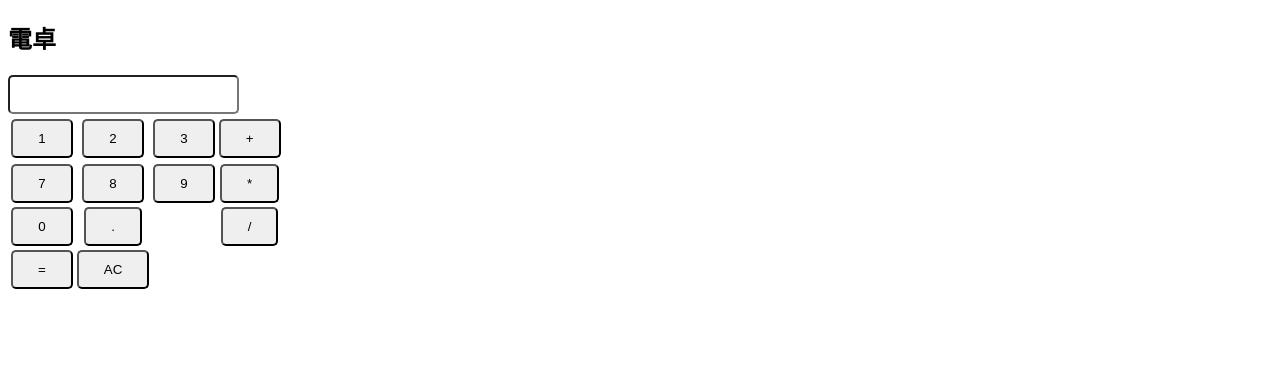
Repository: syokaturyou/potepan
Page: dentaku.html
The author's editor kept a record of every edit. The page is drawn from the files as they stood at one moment, then again after the next edit.
The browser window is 1280 px wide. The pictures show the whole page.

Above is the page before.
Console error: SyntaxError: Unexpected end of input

### dentaku.html
   <!DOCTYPE html>
    <html lang="en">
      <head>
        <meta charset="utf-8">
        <link rel="stylesheet" href="css/main.css">
        <title>電卓</title>
        <script src="javascript/jquery.min.js"></script>
        <script type="text/javascript" src="javascript/dentaku.js" charset="utf-8"></script>
      </head>

      <body>
        <!--<form name="dentaku">-->
        <!--<h2>電卓(eval使用)</h2>-->
        <!--  <table>-->
        <!--  <tr>-->
        <!--    <input type="button" class="display" name="display" value="" disabled>-->
        <!--  </tr>-->
        <!--  <tr>-->
        <!--    <th><input type="button" value="7" onclick="get_calc(this)"></th>-->
        <!--    <th><input type="button" value="8" onclick="get_calc(this)"></th>-->
        <!--    <th><input type="button" value="9" onclick="get_calc(this)"></th>-->
        <!--    <th><input type="button" class="operator" value="+" onclick="get_calc(this)"></th>-->
        <!--  </tr>-->
        <!--  <tr>-->
        <!--    <th><input type="button" value="4" onclick="get_calc(this)"></th>-->
        <!--    <th><input type="button" value="5" onclick="get_calc(this)"></th>-->
        <!--    <th><input type="button" value="6" onclick="get_calc(this)"></input></th>-->
        <!--    <th><input type="button" class="operator" value="-" onclick="get_calc(this)"></th>-->
        <!--  </tr>-->
        <!--  <tr>-->
        <!--    <th><input type="button" value="1" onclick="get_calc(this)"></th>-->
        <!--    <th><input type="button" value="2" onclick="get_calc(this)"></th>-->
        <!--    <th><input type="button" value="3" onclick="get_calc(this)"></th>-->
        <!--    <th><input type="button" class="operator" value="*" name="multi_btn" onclick="get_calc(this)"></th>-->
        <!--  </tr>-->
        <!--  <tr>-->
        <!--    <th><input type="button" value="0" onclick="get_calc(this)"></th>-->
        <!--    <th><input type="button" class="ac" value="AC" onclick="get_calc(this)"></th>-->
        <!--    <th><input type="button" class="equal" value="=" onclick="get_calc(this)"></th>-->
        <!--    <th><input type="button" class="operator" value="/" name="div_btn" onclick="get_calc(this)"></th>-->
        <!--  </tr>-->
        <!--</table>-->
        <!--</form>-->


        <h2>電卓</h2>
        <table>
          <tr>
             <input style="text-align: right;" /><br />
          </tr>
          <tr>
            <!--<th><button onclick="append( '1' )" >1</button></th>-->
            <!--<th><button onclick="append( '2' )" >2</button></th>-->
            <!--<th><button onclick="append( '3' )" >3</button></th>-->
            <!--<th><button onclick="append( '+' )" >+</button></th>-->
            <th><input type="button" value="1" onclick="get_calc(this)"></th>
            <th><input type="button" value="2" onclick="get_calc(this)"></th>
            <th><input type="button" value="3" onclick="get_calc(this)"></th>
            <th><input type="button" value="+" onclick="get_calc(this)"></th>
          </tr>
          <tr>
            <!--<th><button onclick="append( '4' )" >4</button></th>-->
            <!--<th><button onclick="append( '5' )" >5</button></th>-->
            <!--<th><button onclick="append( '6' )" >6</button></th>-->
            <!--<th><button onclick="append( '-' )" >-</button></th>-->
          </tr>
          <tr>
            <th><button onclick="append( '7' )" >7</button></th>
            <th><button onclick="append( '8' )" >8</button></th>
            <th><button onclick="append( '9' )" >9</button></th>
            <th><button onclick="append( '*' )" >*</button></th>
          </tr>
          <tr>
            <th><button onclick="append( '0' )" >0</button></th>
            <th><button onclick="append( '.' )" >.</button></th>
            <th></th>
            <th><button onclick="append( '/' )" >/</button></th>
          </tr>
          <tr>
            <!--<th><button onclick="calc()" >=</button></th>-->
            <th><input type="button" value="=" onclick="calc()"></th>
            <!--<th><button onclick="update( '' ) " >AC</button></th>-->
            <th><input type="button" value="AC" onclick="update( '' )"></th>
          </tr>

        </table>

      </body>
    </html>

### css/main.css
table{
  background-color: white;
}
 input {
  padding: 10px 25px;
  border-radius: 5px;
}
 button{
  padding: 10px 25px;
  border-radius: 5px;
 }

 .display {
  width: 250px;
  text-align: right; /* 文字を右詰めに */
  background: black;
  color: white;
}

 .operator{
  background-color: lightgreen;
}
 .equal{
  background-color: gray;
}
 .ac{
  background-color: lightblue;
}

### javascript/dentaku.js
  // 　function update( _v ) {
  //       document.querySelector( 'input' ).value = _v // 「AC」ボタン押下時にinput tag を更新する関数
  //   }function append( _v ) {　　　　　　　　　　　　　// 数字ボタンが押されたので数字を後ろに追加する
  //       document.querySelector( 'input' ).value += _v
  //   }function calc() {　　　　　　　　　　　　　　　　　// 「＝」ボタン押下時に計算
  //       let v = document.querySelector( 'input' ).value
  //       let f = new Function( 'return ' + v )
  //       update(f().toString())
  //   }

        function calc(btn) {
      if(btn.value == "=") {
        document.dentaku.display.value = eval(document.dentaku.display.value);
      } else if (btn.value == "AC") {
        document.dentaku.display.value = "";
      } else {
        document.dentaku.display.value += btn.value;
      }
    };


    function calc(btn) {
      if(btn.value == "=") {
        document.dentaku.display.value = eval(document.dentaku.display.value);
      }
    function append(btn) {
      document.dentaku.display.value += btn.value;
    }
    function update(btn) {
      document.querySelector( 'input' ).value = _v
    }

      if(btn.value == "AC") {
        document.querySelector( 'input' ).value = _v
      }

Loaded but not shown: javascript/jquery.min.js (library)

After the next edit:
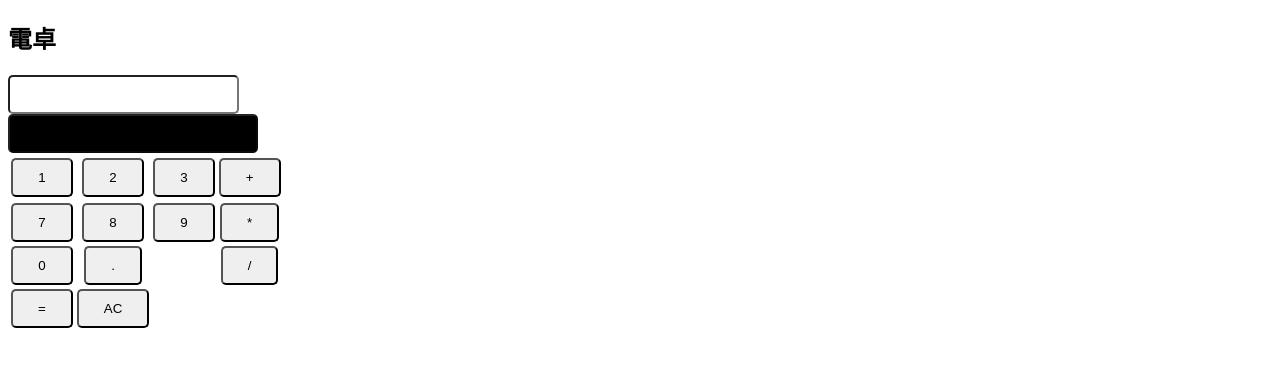
The edit:
--- a/dentaku.html
+++ b/dentaku.html
@@ -47,6 +47,7 @@
         <table>
           <tr>
              <input style="text-align: right;" /><br />
+             <input type="button" class="display" name="display" value="" disabled>
           </tr>
           <tr>
             <!--<th><button onclick="append( '1' )" >1</button></th>-->
